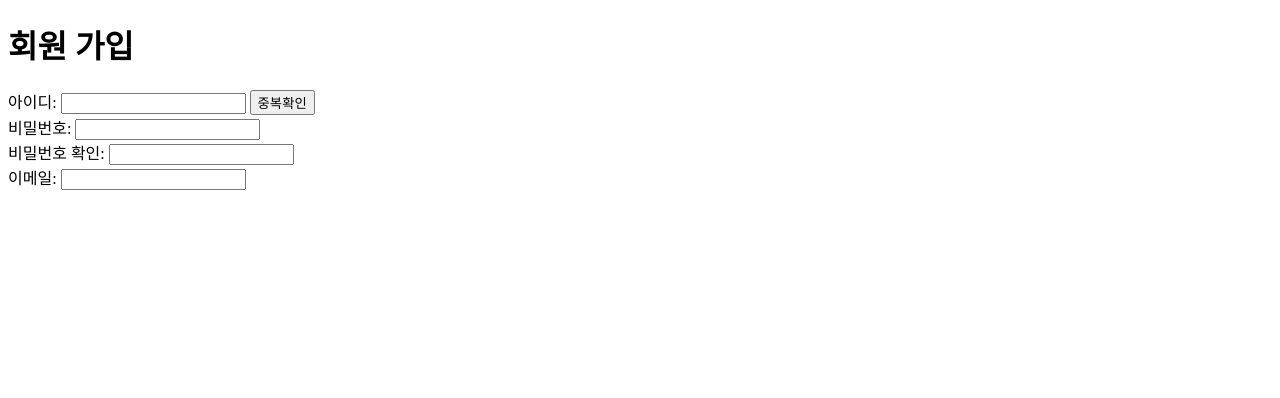
Repository: Chojaejun/javastudy
Page: HelloWorld/WebContent/Test3.html
The author's editor kept a copy of each file at every save. The page is drawn from the files as they stood at one save, then again after the next save.
The browser window is 1280 px wide. The pictures show the whole page.

Above is the page before, as saved 2020-12-07 01:55:58.

### HelloWorld/WebContent/Test3.html
<!DOCTYPE html>
<html>
<head>
<meta charset="UTF-8">
<title>회원가입 페이지</title>
</head>
<body>

<h1>회원 가입</h1>
<form action="insert.9" method="post">
<label for="id">아이디: </label>
<input id="id" name="id">
<button>중복확인</button>
<br>
<label for="ps1">비밀번호: </label>
<input id="ps1" type="password" name="ps1">
<br>
<label for="ps2">비밀번호 확인: </label>
<input id="ps2" type="password" name="ps2">
<br>
<label for="email">이메일: </label>
<input id="email" type="email" name="email">


</form>

</body>
</html>

After the next save:
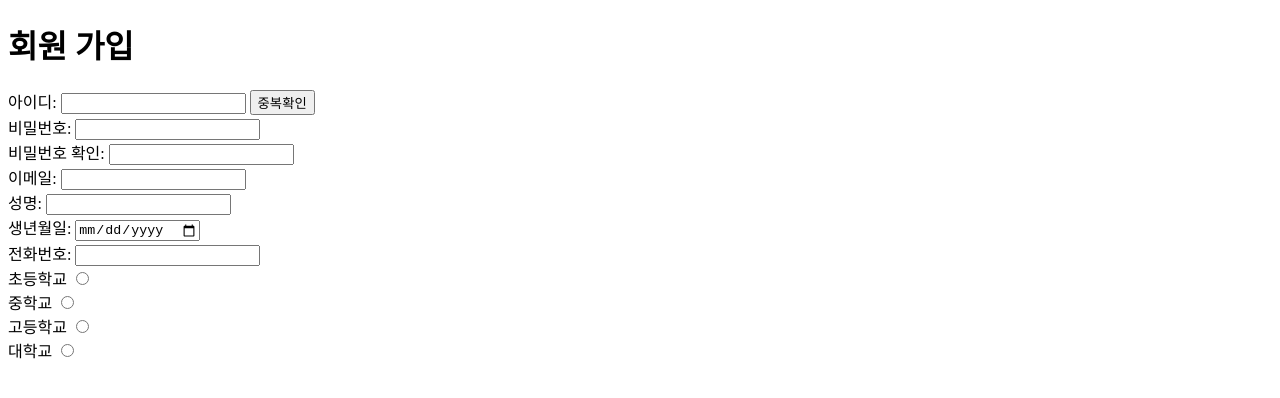
Saved 5 min 20 s later.
--- a/HelloWorld/WebContent/Test3.html
+++ b/HelloWorld/WebContent/Test3.html
@@ -20,6 +20,39 @@
 <br>
 <label for="email">이메일: </label>
 <input id="email" type="email" name="email">
+<br>
+<label for="name">성명: </label>
+<input id="name" name="name">
+<br>
+<label for="birth">생년월일: </label>
+<input id="birth" type="date" name="birth">
+<br>
+<label for="tel">전화번호: </label>
+<input id="tel" type="tel" name="tel">
+<br>
+<label for="es">초등학교</label>
+<input id="es" type="radio" name="school" value="es">
+<br>
+<label for="ms">중학교</label>
+<input id="ms" type="radio" name="school" value="ms">
+<br>
+<label for="hs">고등학교</label>
+<input id="hs" type="radio" name="school" value="hs">
+<br>
+<label for="us">대학교</label>
+<input id="us" type="radio" name="school" value="us">
+
+
+
+
+
+
+
+
+
+
+
+
 
 
 </form>
